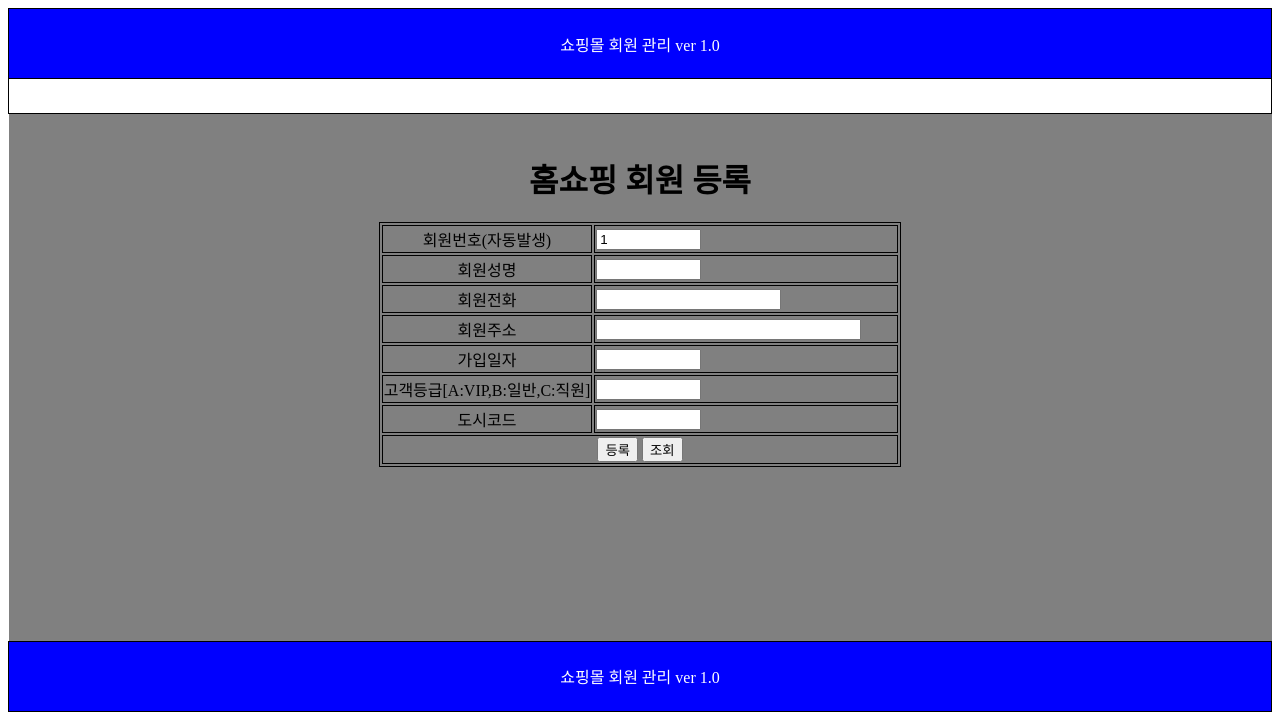
Repository: choigobin/Programming
Page: http://localhost/HRD1118/insert.jsp
The author's editor kept a copy of each file at every save. The page is drawn from the files as they stood at one save, then again after the next save.
The browser window is 1280 px wide. The pictures show the whole page.
The page is served by Tomcat 9. Other server files are loaded and not shown. Queries for data that is not in the repository find no rows.

Above is the page before, as saved 2019-11-18 02:41:23.

### YangJung/workspace/HRD1118/WebContent/insert.jsp
<%@page import="java.sql.SQLException"%>
<%@page import="java.sql.DriverManager"%>
<%@page import="java.sql.ResultSet"%>
<%@page import="java.sql.PreparedStatement"%>
<%@page import="java.sql.Connection"%>
<%@ page language="java" contentType="text/html; charset=UTF-8"
    pageEncoding="UTF-8"%>
<html>
<head>
<%
Connection conn = null;
PreparedStatement pstmt = null;
ResultSet rs = null;
request.setCharacterEncoding("utf-8");
Class.forName("oracle.jdbc.OracleDriver");
conn = DriverManager.getConnection("jdbc:oracle:thin:@//localhost:1521/testdb", "scott", "1234");
int x = 1;
try{
	String sql = "select custno from member_tbl_02 order by custno desc";
	pstmt = conn.prepareStatement(sql);
	rs = pstmt.executeQuery();
	if(rs.next()){
		x=x+rs.getInt(1);
	}
}catch(SQLException e){
	System.out.print(e.getMessage());
}finally{
	if(rs!=null) rs.close();
	if(pstmt!=null) pstmt.close();
	if(conn!=null) conn.close();
}
%>
<style>
#tb1{
	height: 100%; width:100%;
	border-collapse: collapse;
	border: solid 0px;
	}
#t1{
	border: solid 0px;
	}
tr,td{
	border: solid black 1px;
	}
#tb2{
	border-collapse: separate;
	border: solid black 1px;
	}
a{
	color: white;
	text-decoration: none;
}
</style>
<script type="text/javascript">
function check1() {
	if(document.form.custname.value==""){
		alert("회원 성명이 입력되지 않았습니다.");
		document.form.custname.focus();
	}
	else{
		document.form.submit;
	}
}

</script>
<meta charset="UTF-8">
<title>Insert title here</title>
</head>
<body>
<table id="tb1">
<jsp:include page="header.jsp"/>
<jsp:include page="nav.jsp"/>
<tr id="t1">
<td id="t1" valign="top" bgcolor="gray">
<br />
<h1 align="center">홈쇼핑 회원 등록</h1>
<form name="form" method="get" action="SQL_insert.jsp">
<table id="tb2" align="center">
<tr>
	<td style="text-align: center;">
		회원번호(자동발생)
	</td>
	<td width="300">
		<input type="text" size="10" name=custno value="<%=x%>">
	</td>
</tr>
<tr>
	<td style="text-align: center;">
		회원성명
	</td>
	<td>
		<input type="text" size="10" name=custname>
	</td>
</tr>
<tr>
	<td style="text-align: center;">
		회원전화
	</td>
	<td>
		<input type="text" size="20" name=phone>
	</td>
</tr>
<tr>
	<td style="text-align: center;">
		회원주소
	</td>
	<td>
		<input type="text" size="30" name=address>
	</td>
</tr>
<tr>
	<td style="text-align: center;">
		가입일자
	</td>
	<td>
		<input type="text" size="10" name=joindate>
	</td>
</tr>
<tr>
	<td style="text-align: center;">
		고객등급[A:VIP,B:일반,C:직원]
	</td>
	<td>
		<input type="text" size="10" name=grade>
	</td>
</tr>
<tr>
	<td style="text-align: center;">
		도시코드
	</td>
	<td>
		<input type="text" size="10" name=city>
	</td>
</tr>
<tr>
<td colspan="2" style="text-align: center;" >
	<input type="submit" value="등록" onclick="javascript:check1()">
	<input type="button" value="조회" onclick="location.href='SQL_select.jsp'">
</td>
</tr>
</table>
</form>
</td>
</tr>
<jsp:include page="footer.jsp"/>
</table>
</body>
</html>

### YangJung/workspace/HRD1118/WebContent/header.jsp
<%@ page language="java" contentType="text/html; charset=UTF-8"
    pageEncoding="UTF-8"%>
<tr height="10%">
<td bgcolor="blue" align="center">
<span style="color: white; size: 20px">쇼핑몰 회원 관리 ver 1.0</span>
</td>
</tr>

### YangJung/workspace/HRD1118/WebContent/nav.jsp
<%@ page language="java" contentType="text/html; charset=UTF-8"
    pageEncoding="UTF-8"%>
<tr height="5%">
<td>

</td>
</tr>

### YangJung/workspace/HRD1118/WebContent/footer.jsp
<%@ page language="java" contentType="text/html; charset=UTF-8"
    pageEncoding="UTF-8"%>
<tr height="10%">
<td bgcolor="blue" align="center">
<span style="color: white; size: 20px">쇼핑몰 회원 관리 ver 1.0</span>
</td>
</tr>

After the next save:
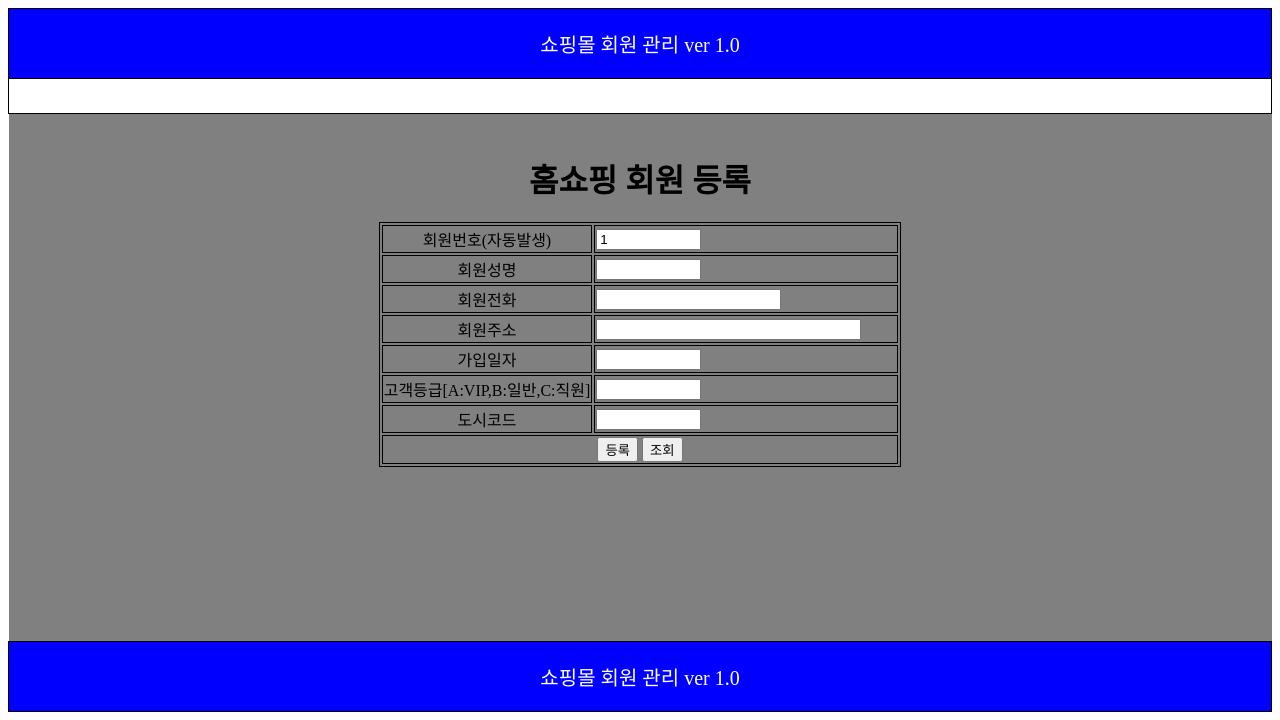
Saved 30 s later.
--- a/YangJung/workspace/HRD1118/WebContent/header.jsp
+++ b/YangJung/workspace/HRD1118/WebContent/header.jsp
@@ -2,6 +2,6 @@
     pageEncoding="UTF-8"%>
 <tr height="10%">
 <td bgcolor="blue" align="center">
-<span style="color: white; size: 20px">쇼핑몰 회원 관리 ver 1.0</span>
+<span style="color: white; font-size: 20px;">쇼핑몰 회원 관리 ver 1.0</span>
 </td>
 </tr>
--- a/YangJung/workspace/HRD1118/WebContent/footer.jsp
+++ b/YangJung/workspace/HRD1118/WebContent/footer.jsp
@@ -2,6 +2,6 @@
     pageEncoding="UTF-8"%>
 <tr height="10%">
 <td bgcolor="blue" align="center">
-<span style="color: white; size: 20px">쇼핑몰 회원 관리 ver 1.0</span>
+<span style="color: white; font-size: 20px;">쇼핑몰 회원 관리 ver 1.0</span>
 </td>
 </tr>

After the save that followed:
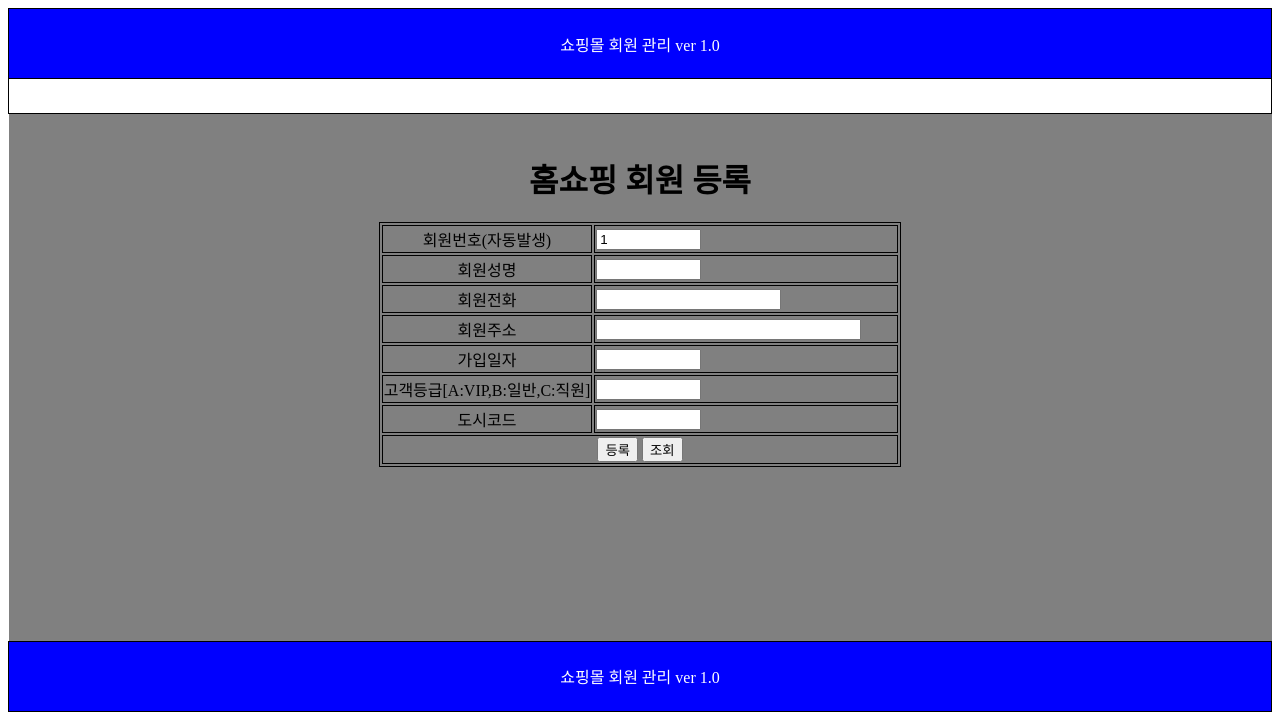
Saved 38 s later.
--- a/YangJung/workspace/HRD1118/WebContent/header.jsp
+++ b/YangJung/workspace/HRD1118/WebContent/header.jsp
@@ -2,6 +2,6 @@
     pageEncoding="UTF-8"%>
 <tr height="10%">
 <td bgcolor="blue" align="center">
-<span style="color: white; font-size: 20px;">쇼핑몰 회원 관리 ver 1.0</span>
+<span style="color: white; font-size: '20px';">쇼핑몰 회원 관리 ver 1.0</span>
 </td>
 </tr>
--- a/YangJung/workspace/HRD1118/WebContent/footer.jsp
+++ b/YangJung/workspace/HRD1118/WebContent/footer.jsp
@@ -2,6 +2,6 @@
     pageEncoding="UTF-8"%>
 <tr height="10%">
 <td bgcolor="blue" align="center">
-<span style="color: white; font-size: 20px;">쇼핑몰 회원 관리 ver 1.0</span>
+<span style="color: white; font-size: '20px';">쇼핑몰 회원 관리 ver 1.0</span>
 </td>
 </tr>
